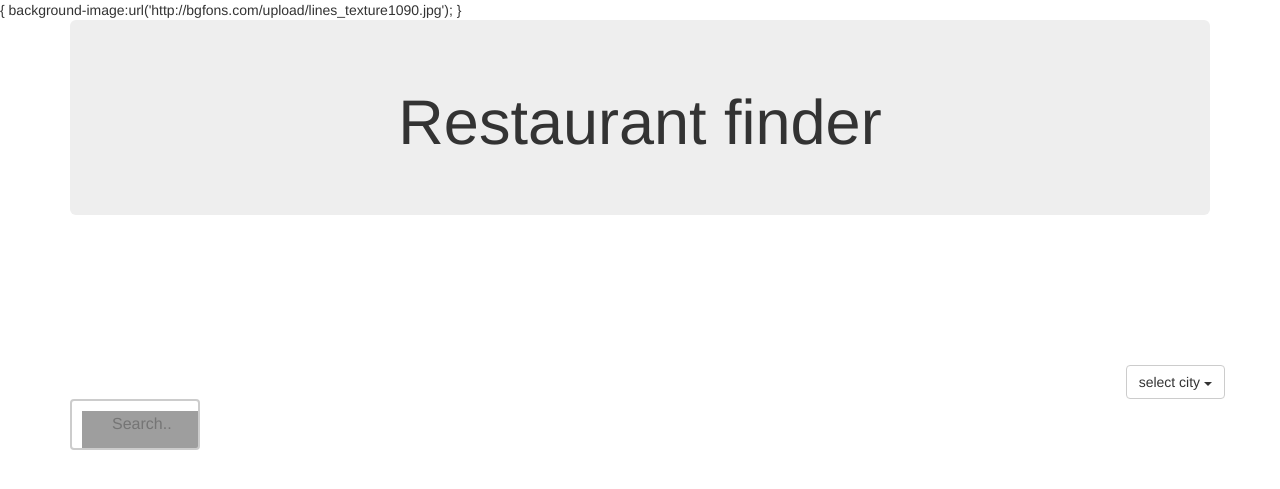
Repository: ganz-95/Denuvo-final
Page: http://localhost/restaurant/
The author's editor kept a copy of each file at every save. The page is drawn from the files as they stood at one save, then again after the next save.
The browser window is 1280 px wide. The pictures show the whole page.
Pictures or frames that could not be fetched are drawn as grey boxes. Some web libraries are served in a nearby version. The page is served by Tomcat 9.

Above is the page before, as saved 2017-01-23 15:58:21.

### workspace/restaurant/src/main/webapp/index.jsp
<!DOCTYPE html>
<html>
<head>

  <meta name="viewport" content="width=device-width, initial-scale=1">
  <link rel="stylesheet" href="https://maxcdn.bootstrapcdn.com/bootstrap/3.3.7/css/bootstrap.min.css">
  <script src="https://ajax.googleapis.com/ajax/libs/jquery/3.1.1/jquery.min.js"></script>
  <script src="https://maxcdn.bootstrapcdn.com/bootstrap/3.3.7/js/bootstrap.min.js"></script>
</head>
<body>
{
background-image:url('http://bgfons.com/upload/lines_texture1090.jpg');

}


<div class="container" >
  <div class="jumbotron" align="center">
    <h1>              Restaurant finder             </h1>
     </div>



<div class="container" >

  <br><br><br><br><br><br>

  <div class="dropdown" style="float:right;">
    <button class="btn btn-default dropdown-toggle" type="button" data-toggle="dropdown">select city
    <span class="caret"></span></button>
    <ul class="dropdown-menu">
      <li class="dropdown-header">Popular</li>
      <li><a href="#">Chennai</a></li>
      <li><a href="#">Mumbai</a></li>
      <li><a href="#">Delhi</a></li>
      <li class="divider"></li>
      <li class="dropdown-header">Others</li>
      <li><a href="#">banglore</a></li>
      <li><a href="#">Hyderabad</a></li>
    </ul>
  </div>
</div>
<style>
input[type=text] {
    width: 130px;
    box-sizing: border-box;
    border: 2px solid #ccc;
    border-radius: 4px;
    font-size: 16px;
    background-color: white;
    background-image: url('searchicon.png');
    background-position: 10px 10px;
    background-repeat: no-repeat;
    padding: 12px 20px 12px 40px;
    -webkit-transition: width 0.4s ease-in-out;
    transition: width 0.4s ease-in-out;
}

input[type=text]:focus {
    width: 80%;
}
</style>
</head>
<body>
<form>
  <input type="text" align="centre" name="search" placeholder="Search..">
</form>
</body>
</html>

After the next save:
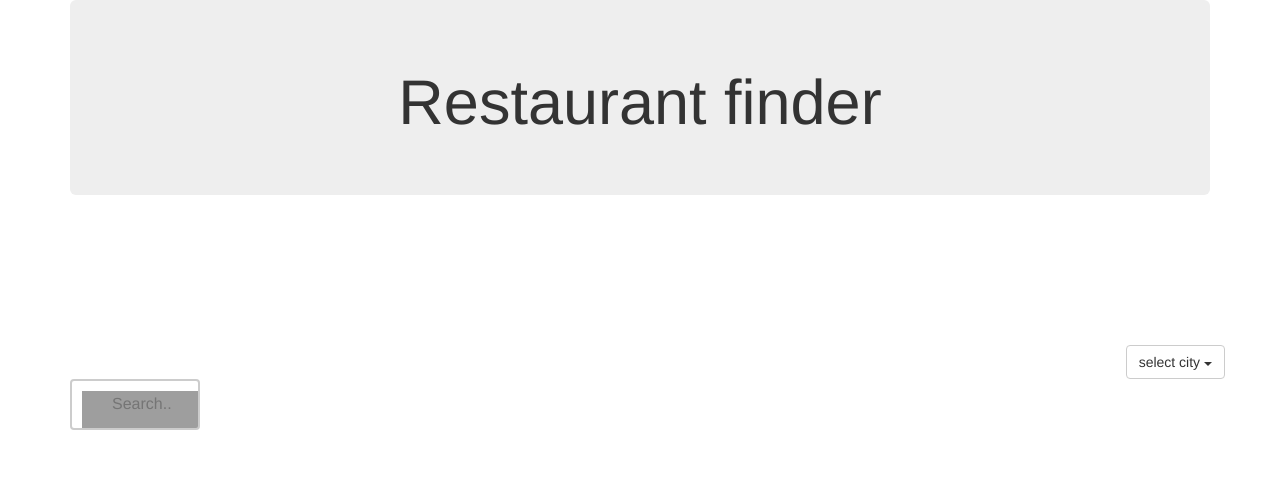
Saved 42 s later.
--- a/workspace/restaurant/src/main/webapp/index.jsp
+++ b/workspace/restaurant/src/main/webapp/index.jsp
@@ -8,10 +8,16 @@
   <script src="https://maxcdn.bootstrapcdn.com/bootstrap/3.3.7/js/bootstrap.min.js"></script>
 </head>
 <body>
+<style>
 {
-background-image:url('http://bgfons.com/upload/lines_texture1090.jpg');
-
+background:url('http://bgfons.com/upload/lines_texture1090.jpg')no-repeat;
+background-size:100%;
+height: 140px;
+display:block;
+padding:0 !important;
+margin:0;
 }
+</style>
 
 
 <div class="container" >
